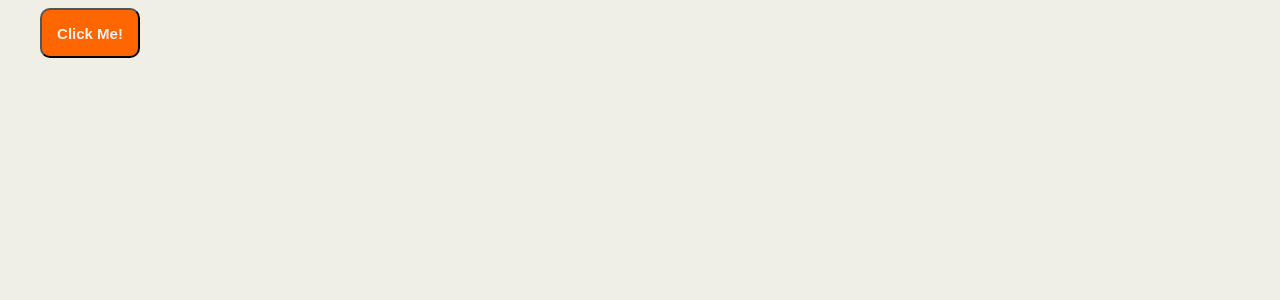
Repository: ThuHien25/JavaTraining
Page: http://localhost/StudentMVC/
The author's editor kept a copy of each file at every save. The page is drawn from the files as they stood at one save, then again after the next save.
The browser window is 1280 px wide. The pictures show the whole page.
The page is served by Tomcat 9. Other server files are loaded and not shown.

Above is the page before, as saved 2017-03-17 02:23:57.

### MVCModel/StudentMVC/WebContent/index.jsp
<%@ page language="java" contentType="text/html; charset=UTF-8"
	pageEncoding="UTF-8" import="model.*"%>
<%@page import="java.util.ArrayList"%>
<!DOCTYPE html PUBLIC "-//W3C//DTD HTML 4.01 Transitional//EN" "http://www.w3.org/TR/html4/loose.dtd">
<html>
<head>
<meta http-equiv="Content-Type" content="text/html; charset=ISO-8859-1">
<link rel="stylesheet" href="css/style.css" />
<title>Insert title here</title>
</head>
<body>
	<form action="StudentController" method="get">
		<button type="button">Click Me!</button>
	</form>
</body>
</html>

### MVCModel/StudentMVC/WebContent/css/style.css
body {
  padding: 0 2em;
  font-family: Arial, sans-serif;
  background: #EFEFE5;
}
.container {
	margin: 0 auto;
	width: 700px;
}
button {
	background-color: #FF6600;
	color: #F5F3F1;
	font-weight: bold;
	font-size: 15px;
	border-radius: 10px;
	height: 50px;
	width: 100px;
}
h1 {
	text-align: center;
	color: #FF6600;
}
table {
	margin: 1em 0;
    width: 100%;
    background: #FFF;
    border-radius: 10px;
}
table tr td, table th {
	border: 1px solid #FFF;
	padding: 1em;
}
table tr td {
	background-color: #EAF3F3;
}
table th {
    background-color: #167F92;
    color: #FFF;
}

After the next save:
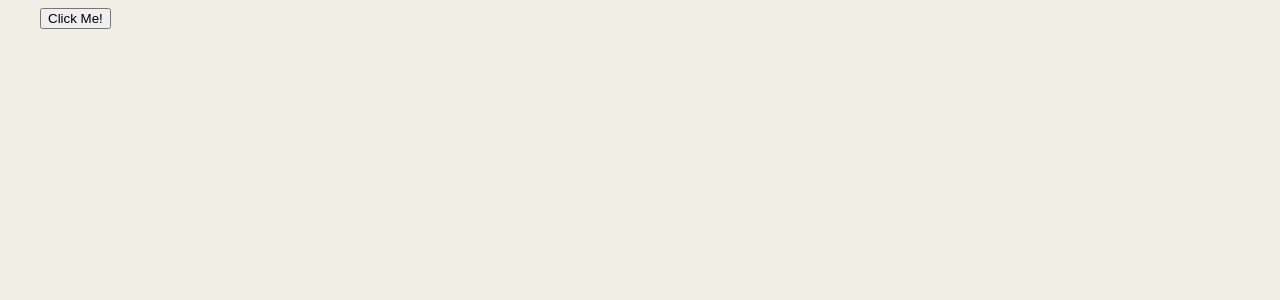
Saved 60 s later.
--- a/MVCModel/StudentMVC/WebContent/index.jsp
+++ b/MVCModel/StudentMVC/WebContent/index.jsp
@@ -10,7 +10,7 @@
 </head>
 <body>
 	<form action="StudentController" method="get">
-		<button type="button">Click Me!</button>
+		<input class="button" type="submit" value="Click Me!">
 	</form>
 </body>
 </html>

After the save that followed:
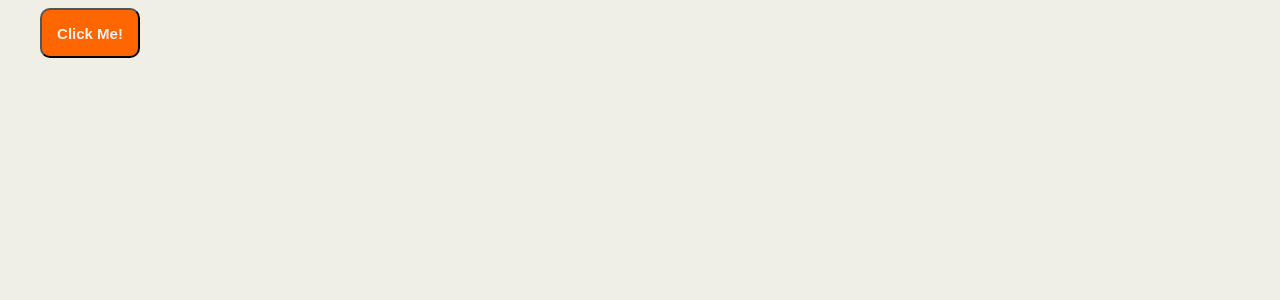
Saved 14 s later.
--- a/MVCModel/StudentMVC/WebContent/css/style.css
+++ b/MVCModel/StudentMVC/WebContent/css/style.css
@@ -7,7 +7,7 @@ body {
 	margin: 0 auto;
 	width: 700px;
 }
-button {
+.button {
 	background-color: #FF6600;
 	color: #F5F3F1;
 	font-weight: bold;
